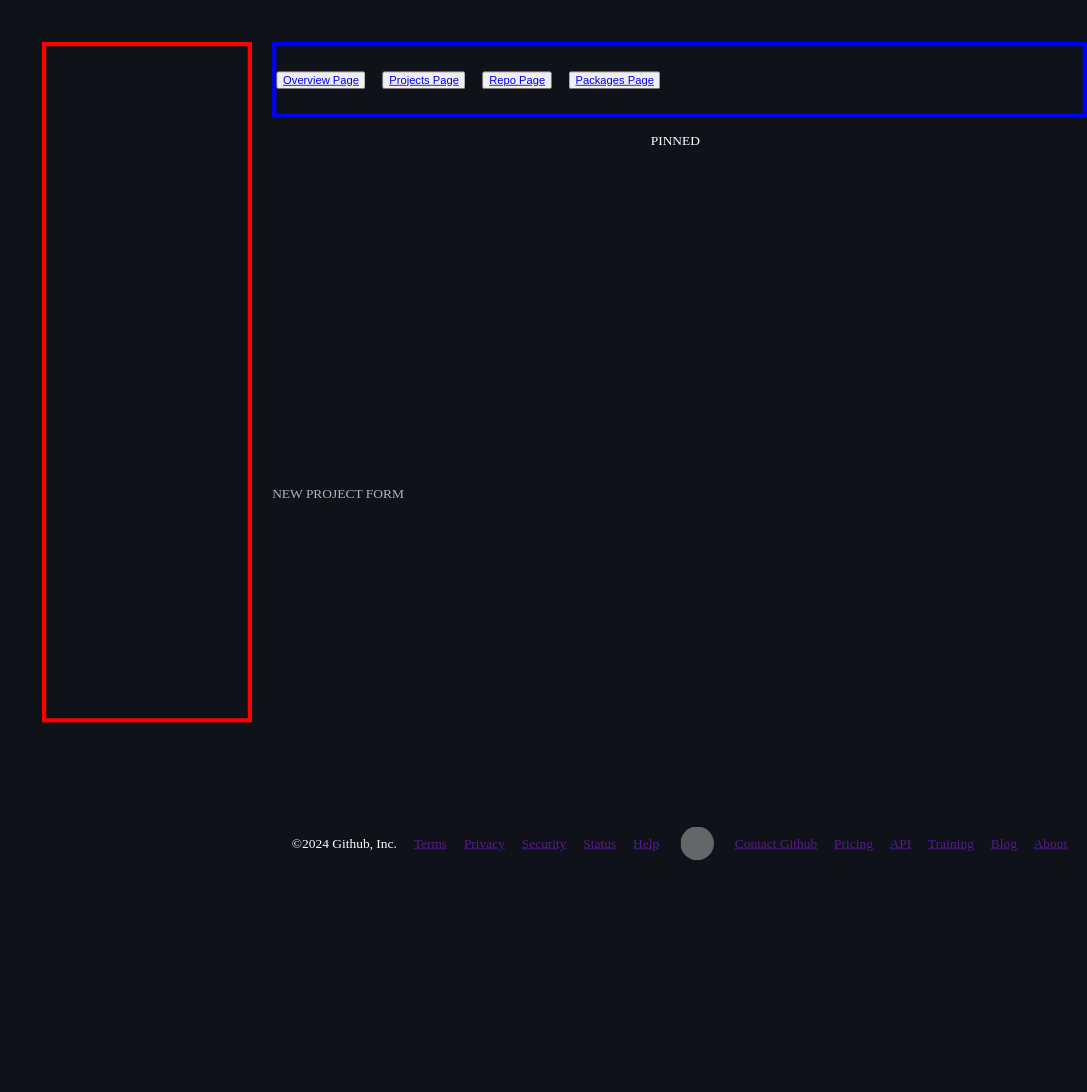
Repository: nss-evening-cohort-28/nss-evening-cohort-28-classroom-gitsub-Q1-project-gitsub
Page: index.html
The author's editor kept a copy of each file at every save. The page is drawn from the files as they stood at one save, then again after the next save.
The browser window is 1280 px wide. The page is 1294 px wide, then 1280 px, then 1294 px, so the pictures cover 1294 px, including what lies to the right of the window. The pictures show the whole page, at 84% of full size.
Pictures or frames that could not be fetched are drawn as grey boxes.

Above is the page before, as saved 2024-08-10 12:43:39.
Console error: ReferenceError: Cannot access 'form' before initialization

After the next save:
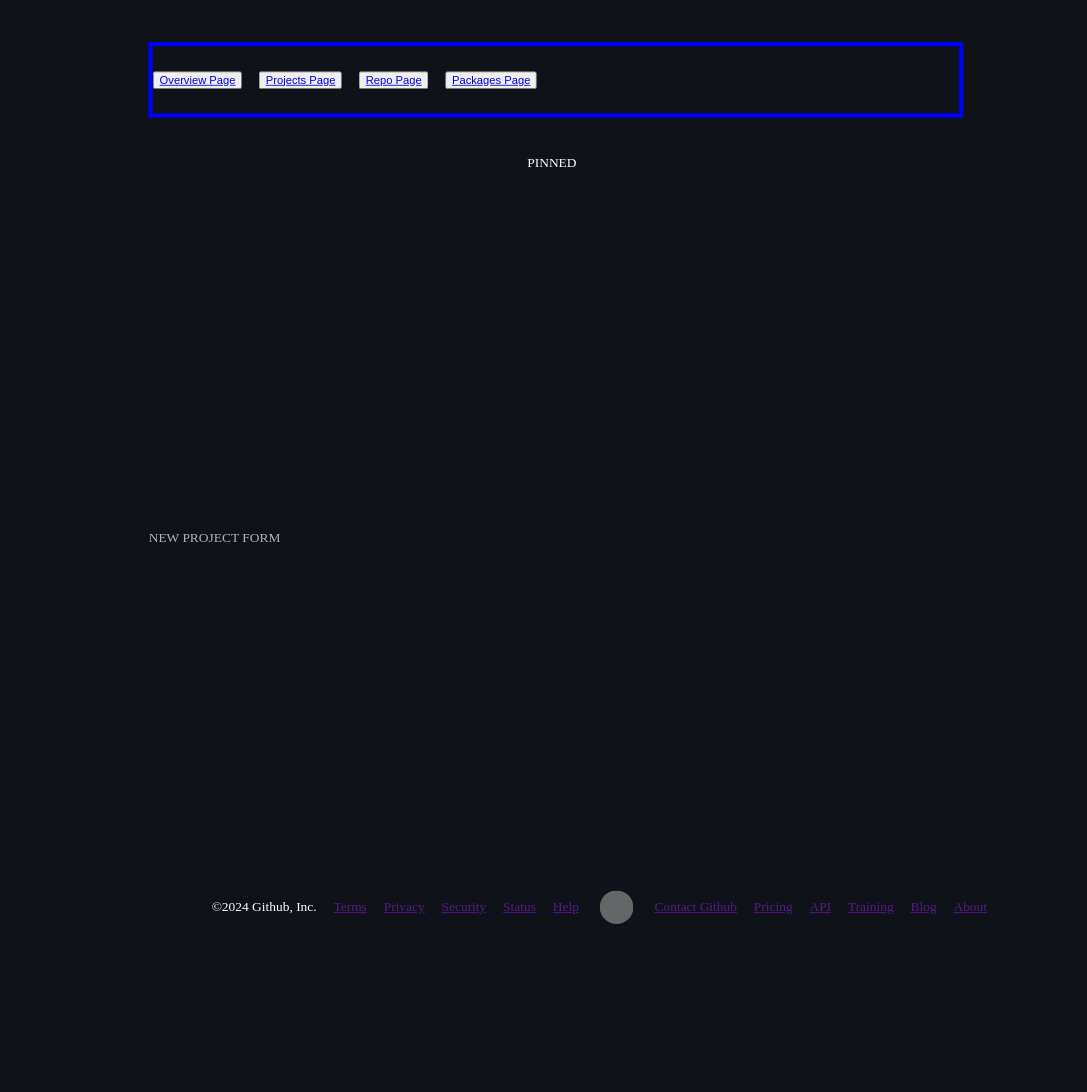
Saved 67 s later.
--- a/index.html
+++ b/index.html
@@ -8,7 +8,7 @@
 </head>
 <body>
     <div class="flexContainer">
-        <div class="profile"></div>
+        <div id="profile"></div>
         <div class="flexContainer">
             <div class="navBar">
 

After the 3 saves that followed:
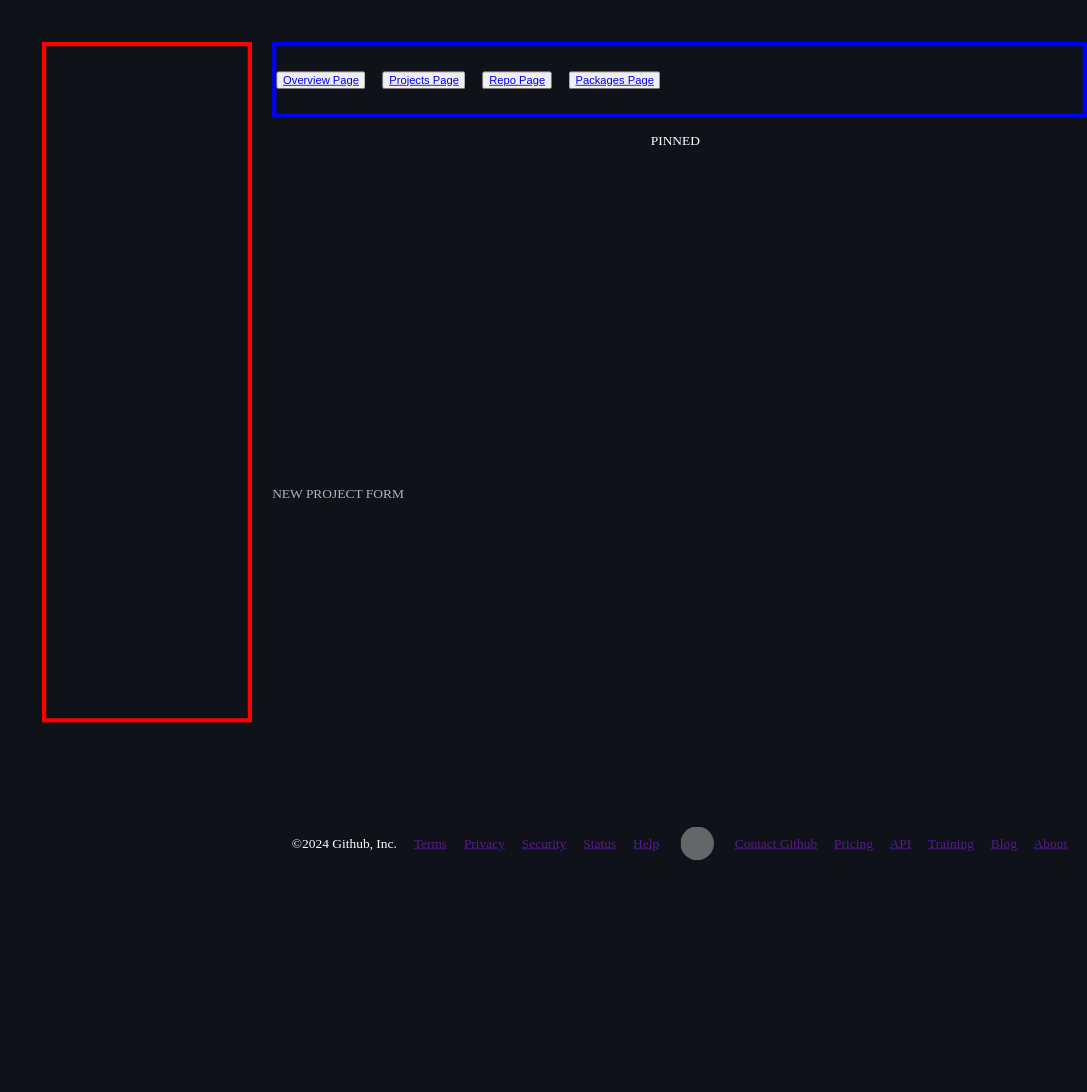
The 3 saves are shown as one change because 2 left the picture as it was.
The last was saved 47 s later.
--- a/index.html
+++ b/index.html
@@ -8,7 +8,7 @@
 </head>
 <body>
     <div class="flexContainer">
-        <div id="profile"></div>
+        <div class="profile"></div>
         <div class="flexContainer">
             <div class="navBar">
 
--- a/main.js
+++ b/main.js
@@ -239,7 +239,7 @@
 form.addEventListener('submit',createRepos)
 
 // Injecting the profile into the dom
-profileSection += `
+profileSection = `
           <div class="top-section">
             <img src="https://media.tenor.com/GliBTZeL1kQAAAAM/%D0%BC%D0%BE%D0%B9-%D0%B4%D0%B5%D0%B4.gif" class="card-img-top" >
             <div class="profile-info">
